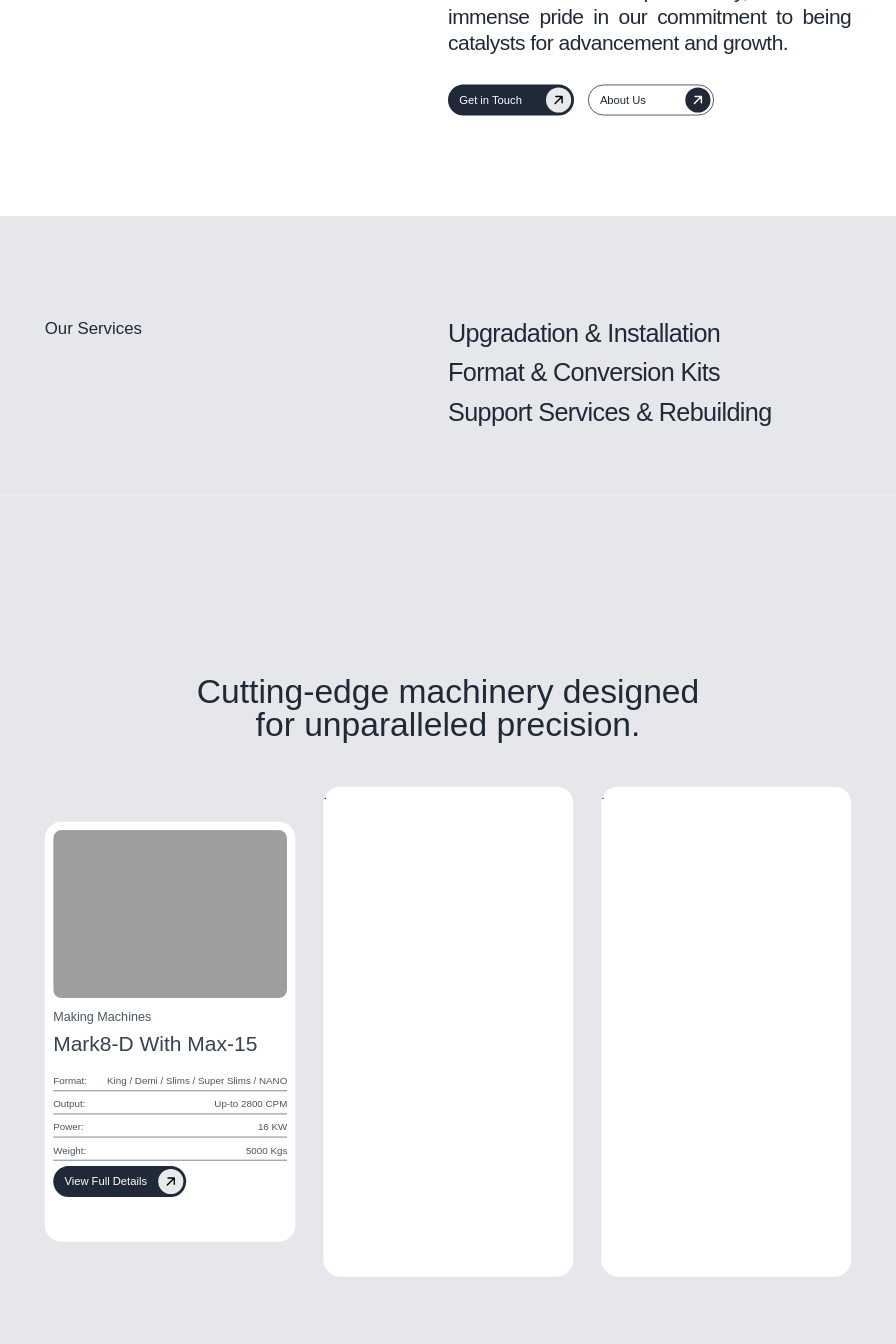
Repository: vespersolutionspk18/microtexwebsite
Page: /
The author's editor kept a copy of each file at every save. The page is drawn from the files as they stood at one save, then again after the next save.
The browser window is 1280 px wide. The pictures show the part of the page from y = 1207 to 3127 px (the page is 3127 px tall), at 70% of full size.
Pictures or frames that could not be fetched are drawn as grey boxes. Some web fonts or font styles are not loaded; a fallback is used. The project was rebuilt for these pictures with package versions that can differ from the ones it lists, and the page was loaded fresh each time. The framework's server and built-in components were replaced by stand-ins that run in the browser. Also part of the build but not shown: next.config.mjs.

Above is the page before, as saved 2024-11-18 21:59:44.

After the next save:
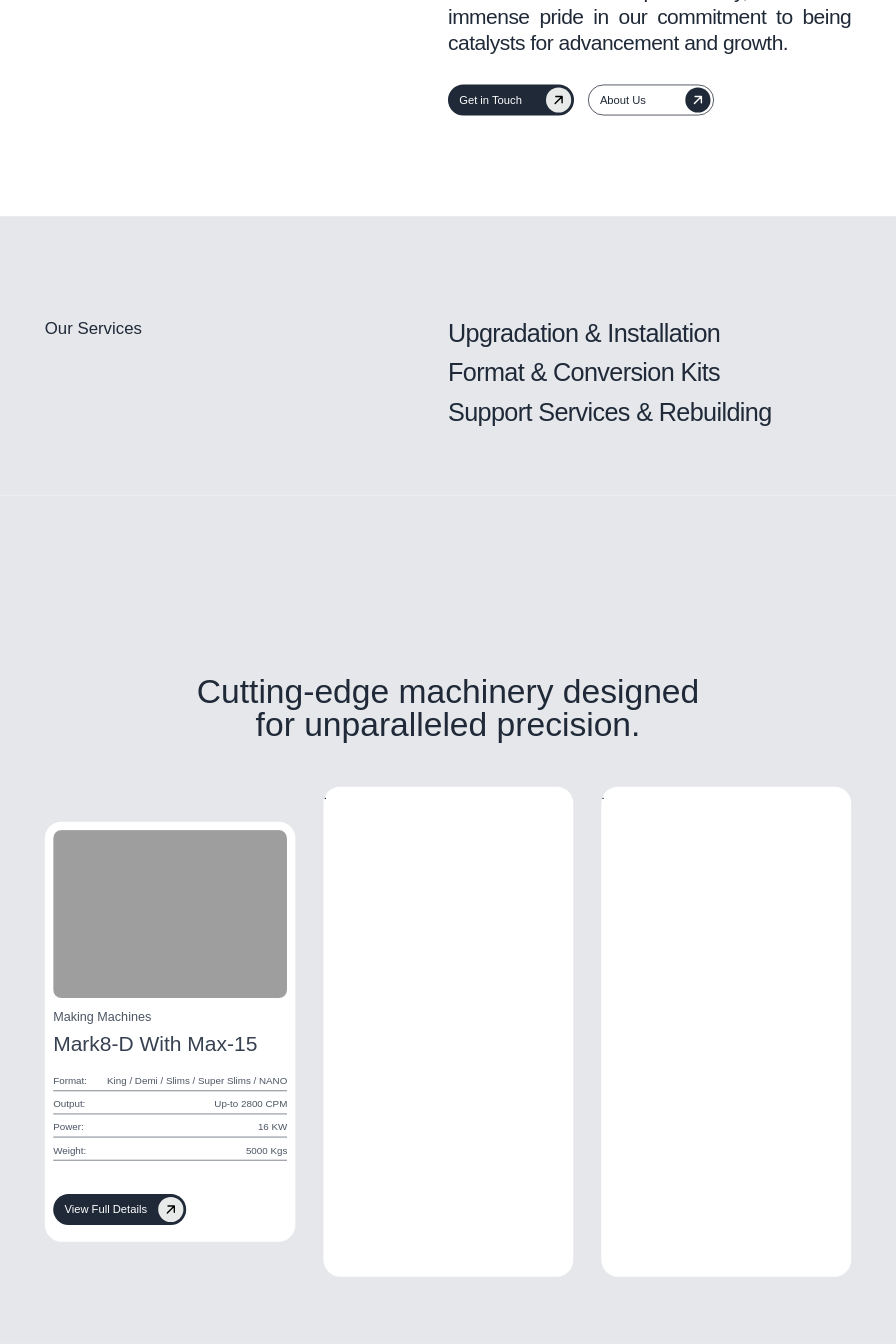
Saved 5 s later.
--- a/app/OurMachines.tsx
+++ b/app/OurMachines.tsx
@@ -34,7 +34,7 @@ const OurMachines = () => {
     </div>
     <Separator className="bg-gray-600 mt-1 mb-2" />
     <div id="button"
-  className="group  bg-gray-800 h-[44px] flex-row  text-white text-[16px] py-1 px-1 font-light rounded-full hidden md:flex items-center justify-between w-[190px] transition-width duration-500 ease-in-out  hover:w-[215px] hover:bg-mcred"
+  className="group mt-10 bg-gray-800 h-[44px] flex-row  text-white text-[16px] py-1 px-1 font-light rounded-full hidden md:flex items-center justify-between w-[190px] transition-width duration-500 ease-in-out  hover:w-[215px] hover:bg-mcred"
 
 >
   <div className="mx-3">View Full Details</div>
